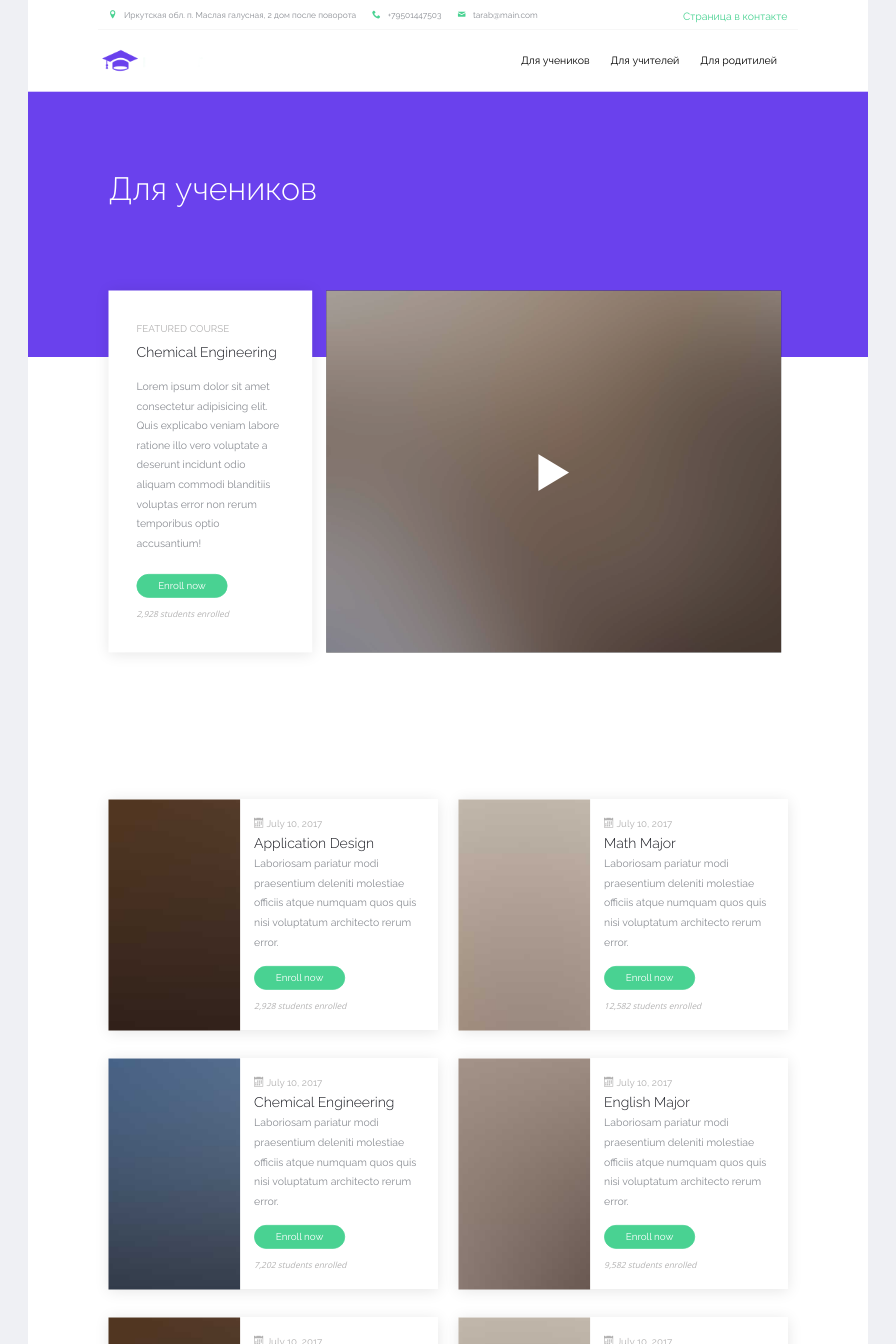
Repository: tarabrin-aleksander/tarabrin-aleksander
Page: pupil.html
These files come from the project's save history. The page is drawn as it stood at one moment and after the next save; the edit follows.
The browser window is 1280 px wide. The pictures show the part of the page from y = 0 to 1920 px (the page is 4291 px tall before and 4044 px after), at 70% of full size.

Above is the page before, as saved 2020-01-24 14:41:42.

### pupil.html
<!DOCTYPE html>
<html lang="en">
  <head>
    <meta charset="utf-8">
    <meta name="viewport" content="width=device-width, initial-scale=1">
    <title>Сайт учителя истории и обществознания Тарабрина Александра Валерьевича</title>
    <meta name="description" content="Сайт учителя истории и обществознания Тарабрина Александра Валерьевича">
    <meta name="keywords" content="free website templates, free bootstrap themes, free template, free bootstrap, free website template">

    <link href="https://fonts.googleapis.com/css?family=Raleway:300,400,500,700|Open+Sans" rel="stylesheet">
    <link rel="stylesheet" href="css/styles-merged.css">
    <link rel="stylesheet" href="css/style.css">
    <link rel="stylesheet" href="css/custom.css">

    <!--[if lt IE 9]>
      <script src="js/vendor/html5shiv.min.js"></script>
      <script src="js/vendor/respond.min.js"></script>
    <![endif]-->
  </head>
  <body>

    <div class="probootstrap-page-wrapper">
      <!-- Fixed navbar -->

      <div class="probootstrap-header-top">
        <div class="container">
          <div class="row">
            <div class="col-lg-9 col-md-9 col-sm-9 probootstrap-top-quick-contact-info">
              <span><i class="icon-location2"></i>Иркутская обл. п. Маслая галусная, 2 дом после поворота</span>
              <span><i class="icon-phone2"></i>+79501447503</span>
              <span><i class="icon-mail"></i>tarab@main.com</span>
            </div>
            <div class="col-lg-3 col-md-3 col-sm-3 probootstrap-top-social">
              <ul>
                <li><a href="https://vk.com/rrrtarab">Страница в контакте</a></li>
              </ul>
            </div>
          </div>
        </div>
      </div>
      <nav class="navbar navbar-default probootstrap-navbar">
        <div class="container">
          <div class="navbar-header">
            <div class="btn-more js-btn-more visible-xs">
              <a href="#"><i class="icon-dots-three-vertical "></i></a>
            </div>
            <button type="button" class="navbar-toggle collapsed" data-toggle="collapse" data-target="#navbar-collapse" aria-expanded="false" aria-controls="navbar">
              <span class="sr-only">Toggle navigation</span>
              <span class="icon-bar"></span>
              <span class="icon-bar"></span>
              <span class="icon-bar"></span>
            </button>
            <a class="navbar-brand" href="index.html" title="Сайт учителя истории и обществознания Тарабрина Александра Валерьевича">Сайт учителя истории и обществознания Тарабрина Александра Валерьевича</a>
          </div>

          <div id="navbar-collapse" class="navbar-collapse collapse">
            <ul class="nav navbar-nav navbar-right">
              <li><a href="pupil.html">Для учеников</a></li>
              <li><a href="teachers.html">Для учителей</a></li>
              <li><a href="parent.html">Для родитилей</a></li>
            </ul>
          </div>
        </div>
      </nav>

      <section class="probootstrap-section probootstrap-section-colored">
        <div class="container">
          <div class="row">
            <div class="col-md-12 text-left section-heading probootstrap-animate">
              <h1>Для учеников</h1>
            </div>
          </div>
        </div>
      </section>

      <section class="probootstrap-section">
        <div class="container">
          <div class="row">
            <div class="col-md-12">
              <div class="probootstrap-flex-block">
                <div class="probootstrap-text probootstrap-animate">
                  <div class="text-uppercase probootstrap-uppercase">Featured Course</div>
                  <h3>Chemical Engineering</h3>
                  <p>Lorem ipsum dolor sit amet consectetur adipisicing elit. Quis explicabo veniam labore ratione illo vero voluptate a deserunt incidunt odio aliquam commodi blanditiis voluptas error non rerum temporibus optio accusantium!</p>
                  <p><a href="#" class="btn btn-primary">Enroll now</a> <span class="enrolled-count">2,928 students enrolled</span></p>
                </div>
                <div class="probootstrap-image probootstrap-animate" style="background-image: url(img/slider_3.jpg)">
                  <a href="https://vimeo.com/45830194" class="btn-video popup-vimeo"><i class="icon-play3"></i></a>
                </div>
              </div>
            </div>
          </div>
        </div>
      </section>

      <section class="probootstrap-section">
        <div class="container">
          <div class="row">
            <div class="col-md-6">
              <div class="probootstrap-service-2 probootstrap-animate">
                <div class="image">
                  <div class="image-bg">
                    <img src="img/img_sm_1.jpg" alt="Free Bootstrap Template by uicookies.com">
                  </div>
                </div>
                <div class="text">
                  <span class="probootstrap-meta"><i class="icon-calendar2"></i> July 10, 2017</span>
                  <h3>Application Design</h3>
                  <p>Laboriosam pariatur modi praesentium deleniti molestiae officiis atque numquam quos quis nisi voluptatum architecto rerum error.</p>
                  <p><a href="#" class="btn btn-primary">Enroll now</a> <span class="enrolled-count">2,928 students enrolled</span></p>
                </div>
              </div>

              <div class="probootstrap-service-2 probootstrap-animate">
                <div class="image">
                  <div class="image-bg">
                    <img src="img/img_sm_3.jpg" alt="Free Bootstrap Template by uicookies.com">
                  </div>
                </div>
                <div class="text">
                  <span class="probootstrap-meta"><i class="icon-calendar2"></i> July 10, 2017</span>
                  <h3>Chemical Engineering</h3>
                  <p>Laboriosam pariatur modi praesentium deleniti molestiae officiis atque numquam quos quis nisi voluptatum architecto rerum error.</p>
                  <p><a href="#" class="btn btn-primary">Enroll now</a> <span class="enrolled-count">7,202 students enrolled</span></p>
                </div>
              </div>

            </div>
            <div class="col-md-6">
              <div class="probootstrap-service-2 probootstrap-animate">
                <div class="image">
                  <div class="image-bg">
                    <img src="img/img_sm_2.jpg" alt="Free Bootstrap Template by uicookies.com">
                  </div>
                </div>
                <div class="text">
                  <span class="probootstrap-meta"><i class="icon-calendar2"></i> July 10, 2017</span>
                  <h3>Math Major</h3>
                  <p>Laboriosam pariatur modi praesentium deleniti molestiae officiis atque numquam quos quis nisi voluptatum architecto rerum error.</p>
                  <p><a href="#" class="btn btn-primary">Enroll now</a> <span class="enrolled-count">12,582 students enrolled</span></p>
                </div>
              </div>

              <div class="probootstrap-service-2 probootstrap-animate">
                <div class="image">
                  <div class="image-bg">
                    <img src="img/img_sm_4.jpg" alt="Free Bootstrap Template by uicookies.com">
                  </div>
                </div>
                <div class="text">
                  <span class="probootstrap-meta"><i class="icon-calendar2"></i> July 10, 2017</span>
                  <h3>English Major</h3>
                  <p>Laboriosam pariatur modi praesentium deleniti molestiae officiis atque numquam quos quis nisi voluptatum architecto rerum error.</p>
                  <p><a href="#" class="btn btn-primary">Enroll now</a> <span class="enrolled-count">9,582 students enrolled</span></p>
                </div>
              </div>

            </div>
          </div>

          <div class="row">
            <div class="col-md-6">
              <div class="probootstrap-service-2 probootstrap-animate">
                <div class="image">
                  <div class="image-bg">
                    <img src="img/img_sm_1.jpg" alt="Free Bootstrap Template by uicookies.com">
                  </div>
                </div>
                <div class="text">
                  <span class="probootstrap-meta"><i class="icon-calendar2"></i> July 10, 2017</span>
                  <h3>Application Design</h3>
                  <p>Laboriosam pariatur modi praesentium deleniti molestiae officiis atque numquam quos quis nisi voluptatum architecto rerum error.</p>
                  <p><a href="#" class="btn btn-primary">Enroll now</a> <span class="enrolled-count">2,928 students enrolled</span></p>
                </div>
              </div>

              <div class="probootstrap-service-2 probootstrap-animate">
                <div class="image">
                  <div class="image-bg">
                    <img src="img/img_sm_3.jpg" alt="Free Bootstrap Template by uicookies.com">
                  </div>
                </div>
                <div class="text">
                  <span class="probootstrap-meta"><i class="icon-calendar2"></i> July 10, 2017</span>
                  <h3>Chemical Engineering</h3>
                  <p>Laboriosam pariatur modi praesentium deleniti molestiae officiis atque numquam quos quis nisi voluptatum architecto rerum error.</p>
                  <p><a href="#" class="btn btn-primary">Enroll now</a> <span class="enrolled-count">7,202 students enrolled</span></p>
                </div>
              </div>

            </div>
            <div class="col-md-6">
              <div class="probootstrap-service-2 probootstrap-animate">
                <div class="image">
                  <div class="image-bg">
                    <img src="img/img_sm_2.jpg" alt="Free Bootstrap Template by uicookies.com">
                  </div>
                </div>
                <div class="text">
                  <span class="probootstrap-meta"><i class="icon-calendar2"></i> July 10, 2017</span>
                  <h3>Math Major</h3>
                  <p>Laboriosam pariatur modi praesentium deleniti molestiae officiis atque numquam quos quis nisi voluptatum architecto rerum error.</p>
                  <p><a href="#" class="btn btn-primary">Enroll now</a> <span class="enrolled-count">12,582 students enrolled</span></p>
                </div>
              </div>

              <div class="probootstrap-service-2 probootstrap-animate">
                <div class="image">
                  <div class="image-bg">
                    <img src="img/img_sm_4.jpg" alt="Free Bootstrap Template by uicookies.com">
                  </div>
                </div>
                <div class="text">
                  <span class="probootstrap-meta"><i class="icon-calendar2"></i> July 10, 2017</span>
                  <h3>English Major</h3>
                  <p>Laboriosam pariatur modi praesentium deleniti molestiae officiis atque numquam quos quis nisi voluptatum architecto rerum error.</p>
                  <p><a href="#" class="btn btn-primary">Enroll now</a> <span class="enrolled-count">9,582 students enrolled</span></p>
                </div>
              </div>

            </div>
          </div>
        </div>
      </section>



      <section class="probootstrap-section">
        <div class="container">
          <div class="row">
            <div class="col-md-6 col-md-offset-3 text-center section-heading probootstrap-animate">
              <h2>Meet Our Qualified Teachers</h2>
              <p class="lead">Sed a repudiandae impedit voluptate nam Deleniti dignissimos perspiciatis nostrum porro nesciunt</p>
            </div>
          </div>
          <!-- END row -->

          <div class="row">
            <div class="col-md-3 col-sm-6">
              <div class="probootstrap-teacher text-center probootstrap-animate">
                <figure class="media">
                  <img src="img/person_1.jpg" alt="Free Bootstrap Template by uicookies.com" class="img-responsive">
                </figure>
                <div class="text">
                  <h3>Chris Worth</h3>
                  <p>Physical Education</p>
                  <ul class="probootstrap-footer-social">
                    <li class="twitter"><a href="#"><i class="icon-twitter"></i></a></li>
                    <li class="facebook"><a href="#"><i class="icon-facebook2"></i></a></li>
                    <li class="instagram"><a href="#"><i class="icon-instagram2"></i></a></li>
                    <li class="google-plus"><a href="#"><i class="icon-google-plus"></i></a></li>
                  </ul>
                </div>
              </div>
            </div>
            <div class="col-md-3 col-sm-6">
              <div class="probootstrap-teacher text-center probootstrap-animate">
                <figure class="media">
                  <img src="img/person_5.jpg" alt="Free Bootstrap Template by uicookies.com" class="img-responsive">
                </figure>
                <div class="text">
                  <h3>Janet Morris</h3>
                  <p>English Teacher</p>
                  <ul class="probootstrap-footer-social">
                    <li class="twitter"><a href="#"><i class="icon-twitter"></i></a></li>
                    <li class="facebook"><a href="#"><i class="icon-facebook2"></i></a></li>
                    <li class="instagram"><a href="#"><i class="icon-instagram2"></i></a></li>
                    <li class="google-plus"><a href="#"><i class="icon-google-plus"></i></a></li>
                  </ul>
                </div>
              </div>
            </div>
            <div class="clearfix visible-sm-block visible-xs-block"></div>
            <div class="col-md-3 col-sm-6">
              <div class="probootstrap-teacher text-center probootstrap-animate">
                <figure class="media">
                  <img src="img/person_6.jpg" alt="Free Bootstrap Template by uicookies.com" class="img-responsive">
                </figure>
                <div class="text">
                  <h3>Linda Reyez</h3>
                  <p>Math Teacher</p>
                  <ul class="probootstrap-footer-social">
                    <li class="twitter"><a href="#"><i class="icon-twitter"></i></a></li>
                    <li class="facebook"><a href="#"><i class="icon-facebook2"></i></a></li>
                    <li class="instagram"><a href="#"><i class="icon-instagram2"></i></a></li>
                    <li class="google-plus"><a href="#"><i class="icon-google-plus"></i></a></li>
                  </ul>
                </div>
              </div>
            </div>
            <div class="col-md-3 col-sm-6">
              <div class="probootstrap-teacher text-center probootstrap-animate">
                <figure class="media">
                  <img src="img/person_7.jpg" alt="Free Bootstrap Template by uicookies.com" class="img-responsive">
                </figure>
                <div class="text">
                  <h3>Jessa Sy</h3>
                  <p>Physics Teacher</p>
                  <ul class="probootstrap-footer-social">
                    <li class="twitter"><a href="#"><i class="icon-twitter"></i></a></li>
                    <li class="facebook"><a href="#"><i class="icon-facebook2"></i></a></li>
                    <li class="instagram"><a href="#"><i class="icon-instagram2"></i></a></li>
                    <li class="google-plus"><a href="#"><i class="icon-google-plus"></i></a></li>
                  </ul>
                </div>
              </div>
            </div>
          </div>

        </div>
      </section>

      <section class="probootstrap-cta">
        <div class="container">
          <div class="row">
            <div class="col-md-12">
              <h2 class="probootstrap-animate" data-animate-effect="fadeInRight">Get your admission now!</h2>
              <a href="#" role="button" class="btn btn-primary btn-lg btn-ghost probootstrap-animate" data-animate-effect="fadeInLeft">Enroll</a>
            </div>
          </div>
        </div>
      </section>
      <footer class="probootstrap-footer probootstrap-bg">
        <div class="container">
          <div class="row">
            <div class="col-md-4">
              <div class="probootstrap-footer-widget">
                <h3>About The School</h3>
                <p>Lorem ipsum dolor sit amet consectetur adipisicing elit. Porro provident suscipit natus a cupiditate ab minus illum quaerat maxime inventore Ea consequatur consectetur hic provident dolor ab aliquam eveniet alias</p>
                <h3>Social</h3>
                <ul class="probootstrap-footer-social">
                  <li><a href="#"><i class="icon-twitter"></i></a></li>
                  <li><a href="#"><i class="icon-facebook"></i></a></li>
                  <li><a href="#"><i class="icon-github"></i></a></li>
                  <li><a href="#"><i class="icon-dribbble"></i></a></li>
                  <li><a href="#"><i class="icon-linkedin"></i></a></li>
                  <li><a href="#"><i class="icon-youtube"></i></a></li>
                </ul>
              </div>
            </div>
            <div class="col-md-3 col-md-push-1">
              <div class="probootstrap-footer-widget">
                <h3>Links</h3>
                <ul>
                  <li><a href="#">Home</a></li>
                  <li><a href="#">Courses</a></li>
                  <li><a href="#">Teachers</a></li>
                  <li><a href="#">News</a></li>
                  <li><a href="#">Contact</a></li>
                </ul>
              </div>
            </div>
            <div class="col-md-4">
              <div class="probootstrap-footer-widget">
                <h3>Contact Info</h3>
                <ul class="probootstrap-contact-info">
                  <li><i class="icon-location2"></i> <span>198 West 21th Street, Suite 721 New York NY 10016</span></li>
                  <li><i class="icon-mail"></i><span>info@domain.com</span></li>
                  <li><i class="icon-phone2"></i><span>+123 456 7890</span></li>
                </ul>
              </div>
            </div>

          </div>
          <!-- END row -->

        </div>

        <div class="probootstrap-copyright">
          <div class="container">
            <div class="row">
              <div class="col-md-8 text-left">
                <p>&copy; 2017 <a href="https://uicookies.com/">uiCookies:Enlight</a>. All Rights Reserved. Designed &amp; Developed with <i class="icon icon-heart"></i> by <a href="https://uicookies.com/">uicookies.com</a></p>
              </div>
              <div class="col-md-4 probootstrap-back-to-top">
                <p><a href="#" class="js-backtotop">Back to top <i class="icon-arrow-long-up"></i></a></p>
              </div>
            </div>
          </div>
        </div>
      </footer>

    </div>
    <!-- END wrapper -->


    <script src="js/scripts.min.js"></script>
    <script src="js/main.min.js"></script>
    <script src="js/custom.js"></script>

  </body>
</html>

Loaded but not shown: css/styles-merged.css (library); css/custom.css (common file); js/scripts.min.js (library); js/main.min.js (library); js/custom.js (common file); css/style.css (3100 lines, source omitted)

After the next save:
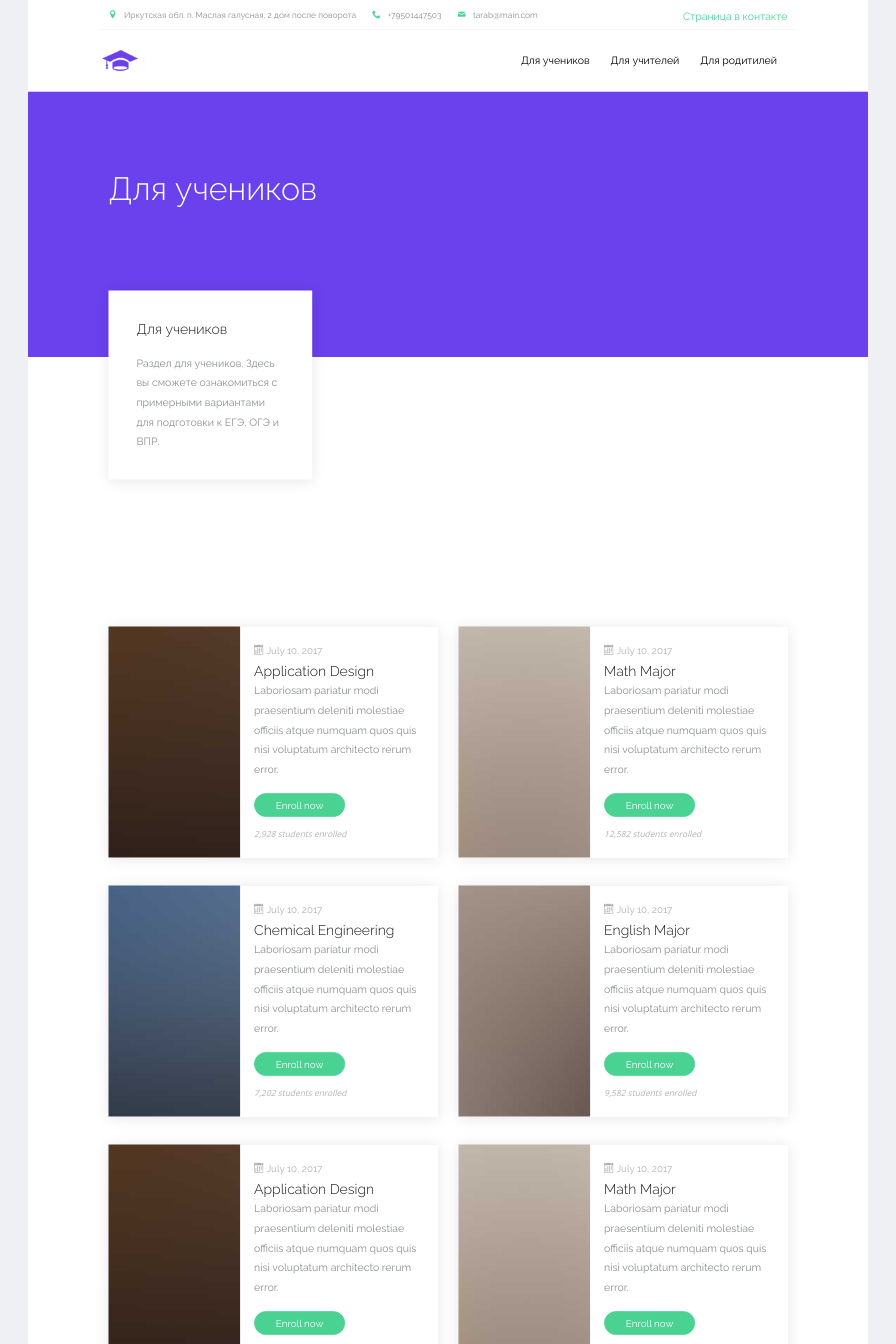
Saved 110 s later.
--- a/pupil.html
+++ b/pupil.html
@@ -79,13 +79,8 @@
             <div class="col-md-12">
               <div class="probootstrap-flex-block">
                 <div class="probootstrap-text probootstrap-animate">
-                  <div class="text-uppercase probootstrap-uppercase">Featured Course</div>
-                  <h3>Chemical Engineering</h3>
-                  <p>Lorem ipsum dolor sit amet consectetur adipisicing elit. Quis explicabo veniam labore ratione illo vero voluptate a deserunt incidunt odio aliquam commodi blanditiis voluptas error non rerum temporibus optio accusantium!</p>
-                  <p><a href="#" class="btn btn-primary">Enroll now</a> <span class="enrolled-count">2,928 students enrolled</span></p>
-                </div>
-                <div class="probootstrap-image probootstrap-animate" style="background-image: url(img/slider_3.jpg)">
-                  <a href="https://vimeo.com/45830194" class="btn-video popup-vimeo"><i class="icon-play3"></i></a>
+                  <h3>Для учеников</h3>
+                  <p>Раздел для учеников. Здесь вы сможете ознакомиться с примерными вариантами для подготовки к ЕГЭ, ОГЭ и ВПР.</p>
                 </div>
               </div>
             </div>
